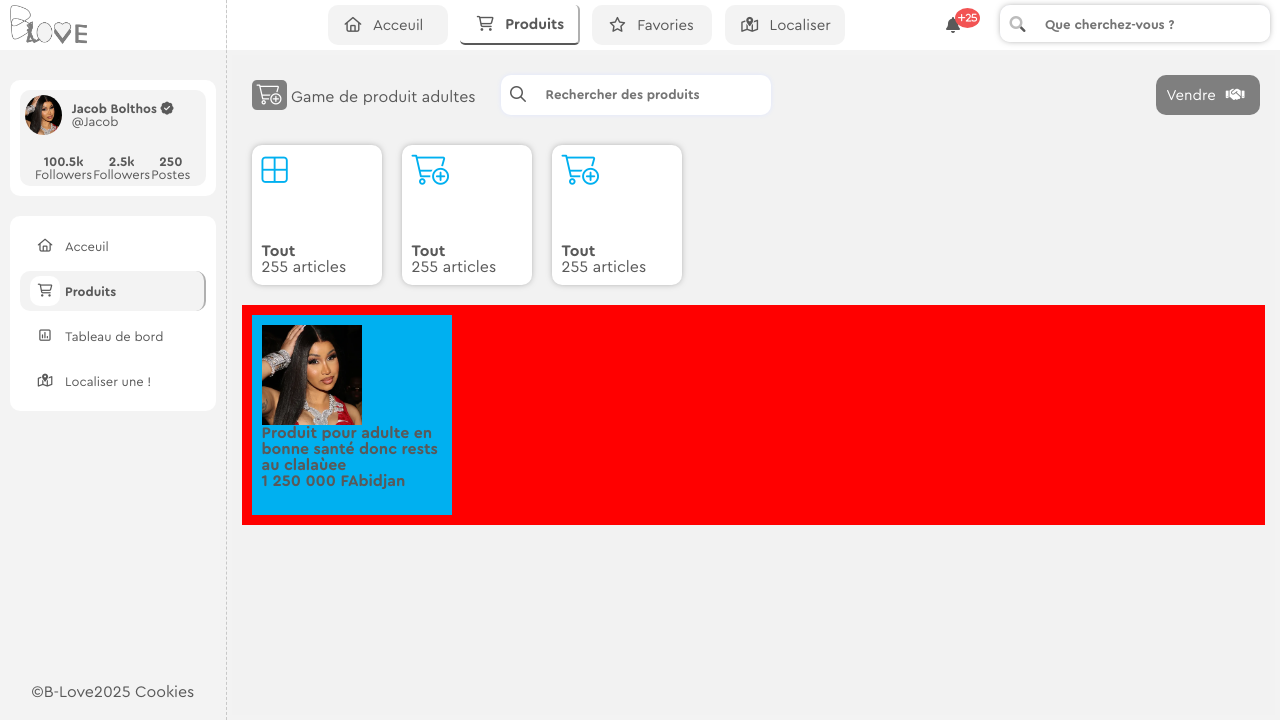
Repository: moomoony-log/b-love
Page: /home/product
The author's editor kept a copy of each file at every save. The page is drawn from the files as they stood at one save, then again after the next save.
The browser window is 1280 px wide. The pictures show the whole page.
The project was rebuilt for these pictures with package versions that can differ from the ones it lists, and the page was loaded fresh each time. Also part of the build but not shown: vite.config.ts, src/rules/legacy.tsx, src/rules/privacy.tsx, src/view/auth.tsx, src/view/main/acceuil.tsx, src/view/main/dashbord.tsx, src/view/main/info-account.tsx, src/view/main/account.tsx and 1 more.

Above is the page before, as saved 2025-10-02 16:28:36.

### index.html
<!--
        ?????????         ?????????        ???????????????????
        ????? ?????     ????? ?????      ??????????   ??????????
        ?????  ?????   ?????  ?????    ????????         ????????
        ?????   ????? ?????   ?????    ??????            ????????
        ?????    ?????????    ?????    ??????            ????????
        ?????      ?????      ?????    ???????          ????????
        ?????                 ?????     ?????????      ????????
        ?????                 ?????        ???????????????????
        ?????                 ?????         ????????????????

    TRAVAIL JUSQU'A CE QU'ON DISE QUE TU ES FRANC-MAÇON
    TRAVAIL JUSQU'A CE QU'ON DISE QUE TU ES FRANC-MAÇON
    TRAVAIL JUSQU'A CE QU'ON DISE QUE TU ES FRANC-MAÇON
-->
<!doctype html>
<html lang="en">
  <head>
    <meta charset="UTF-8">
    <meta name="viewport" content="width=device-width, initial-scale=1.0">
    <meta http-equiv="X-UA-Compatible" content="IE=edge">
    <!-- Inbuilt -->
    <link rel="shortcut icon" href="./img/logoloveb.png" type="image/x-icon">
    <!-- <link rel="stylesheet" href="./vendor/font-awesome-pro/css/all.css">  -->
    <!-- <link rel="stylesheet" href="./css/app.css">  -->
    <title>B!love</title>
  </head>
  <body id="index">
    <div id="main-container"></div>
    <script type="module" src="/src/main.tsx"></script>
  </body>
</html>

### src/main.tsx
import { StrictMode } from 'react'
import { createRoot } from 'react-dom/client'
import App from './app'

createRoot(document.getElementById('main-container')!).render(
  <StrictMode>
    <App />
  </StrictMode>
)

### src/app.tsx

import { createBrowserRouter, RouterProvider } from "react-router-dom";
import Legacy from "./rules/legacy";
import Privacy from "./rules/privacy";
import Main from "./view/main/main";
import Auth from "./view/auth";
import Acceuil from "./view/main/acceuil";
import Dashbord from "./view/main/dashbord";
import "../public/css/app.css"
import "../public/vendor/font-awesome-pro/css/all.css"
import InfoAccount from "./view/main/info-account";
import Account from "./view/main/account";
import BecomeToMember from "./view/main/becomeToMember";
import Product from "./view/main/product";

// import Auth from "./view/auth";

const router =  createBrowserRouter([
	{
		path:'/',
		element:<Auth/>
	},
	{
		path:'/legacy',
		element:<Legacy/>
	},
	{
		path:'/privacy',
		element:<Privacy/>
	},
	{
		path:'/home',
		element:<Main/>,
		children:[
			{
				path:'acceuil',
				element: <Acceuil/>
			},
			{
				path:'dashbord',
				element: <Dashbord/>,
			},
			{
				path: 'product',
				element: <Product/>
			},
			{
				path:'check',
				element: <div>Localisation</div>
			},
			{
				path:'client',
				element: <InfoAccount/>,
				children: [
					{
						path:'compte',
						element: <Account/>
					},
					{
						path:'devenir_membre',
						element: <BecomeToMember/>
					},

				]
			}

		]
	}
])

// --> POINT D'ENTREE DANS L'APP(INDEX --> AUTH)
function App() {
	return <RouterProvider router={router}/>
}

export default App

### src/view/main/product.tsx
import { useEffect, useRef } from "react"
import Input from "../../components/basic/input"
import Button from "../../components/basic/button"

const Product = () => {
    const productRef = useRef<HTMLDivElement>(null)

        useEffect(()=> {
            const parent = productRef.current?.parentElement
            if(parent) parent.setAttribute('data-name', 'product')
            return () => parent?.removeAttribute('data-name')
        }, [])

    return (
        <>
        <div className="products-head" ref={productRef}>
           <div>
                <span><i className="fa-light fa-cart-circle-plus"></i> Game de produit adultes</span>
                <Input icon="fa-regular fa-magnifying-glass" type="text" placeholder="Rechercher des produits" />
           </div>
           <Button children={false} to={false} type="button" name="Vendre" icon="fa-solid fa-handshake" border color="gray" />
        </div>
        <div className="product-category">
            <div className="category-item">
                <i className="fa-light fa-border-all"></i>
                <div>
                    <span>Tout</span>
                    <span>255 articles</span>
                </div>
            </div>
            <div className="category-item">
                <i className="fa-light fa-cart-circle-plus"></i>
                <div>
                    <span>Tout</span>
                    <span>255 articles</span>
                </div>
            </div>
            <div className="category-item">
                <i className="fa-light fa-cart-circle-plus"></i>
                <div>
                    <span>Tout</span>
                    <span>255 articles</span>
                </div>
            </div>
        </div>
        <div className="products-container">

            <div className="product-item">
                <div className="cont-account-img" data-name="product"><img src="../img/cardi_b.webp" alt="account-image"/></div>
                <span className="descrip">Produit pour adulte en bonne santé donc rests au clalaùee</span>
                <div className="detail">
                    <span>1 250 000 F</span>
                    <span>Abidjan</span>
                </div>
            </div>

        </div>

        </>
    )
}

export default Product

### src/components/basic/button.tsx
// --> BUTTON COMPONENTS

import { forwardRef } from "react"
import { NavLink, useLocation } from "react-router-dom";

interface buttonProps {
    type: 'submit' | 'button',
    name?: string,
    icon?:string,
    color?: string,
    outline?: string,
    small?: 'small' | 'small-1' | 'small-2' | 'small-3',
    navigate?: string,
    children: boolean,
    border?: boolean,
    to: string | false,
    inner?:string,
    disable?:boolean,
    onclick?: () => unknown
}

const Button = forwardRef<HTMLButtonElement, buttonProps>(
  ({ name, icon, color, outline, small, navigate, inner, disable, children,border, to, onclick }, ref) => {
    const location = useLocation()
    return (
      <button
        ref={ref}
        type="button"
        className="ui-btn"
        name={name}
        color={color}
        {...(outline ? { "data-outline": "" } : {})}
        {...(disable ? { disabled: true } : {})}
        {...(navigate ? { "data-navigate": "" } : {})}
        {...(inner ? { "data-inner": "" } : {})}
        {...(small ? { "data-size" : small} : {})}
        {...(border ? { "data-border": "" } : {})}
        {...(to && location.pathname === to ? { "data-active": "" } : {})}
        onClick={onclick}
      >
        { (!children && !to ) && name } { icon && (!children && !to ) && <i className={icon}></i> }

        { (children && to) && <NavLink to={to}>  <i className={icon}></i>  {name} </NavLink> }

      </button>
    );
  }
);

export default Button

### public/css/config/config.css
/* Style global de configuration */

/* Police d'ecriture */
/* Cera */
@font-face{
    font-family: 'Cera';
    src: url('../../font/cera-round-pro/CeraRoundPro-Bold.otf');
    font-weight: bold;
}
@font-face {
    font-family: 'Cera';
    src: url('../../font/cera-round-pro/CeraRoundPro-Regular.otf');
    font-weight: normal;
}

/* body{
    display: flex !important;
    padding: 5px;
    height: 100%;
    width: 100%;
    position: absolute;
    top: 0;
    left: 0;
    overflow: hidden;
} */
body *{
    box-sizing: border-box;
    font-family: 'Cera', sans-serif;
    font-weight: bold;
}

button:focus, input:focus, textarea:focus, select:focus {
    outline: none;
}

button {
    cursor: pointer;
    border: none;
}

h1, h2, h3, h4, h5, p {
    color: inherit;
    margin: 0;
    padding: 0;
    text-decoration: inherit;
}

img{
    height: inherit;
    max-width: 100%;
}

### public/css/component/components.css
 /* Imporation des dependances */
 @import url('input.css');
 @import url('button.css');
 @import url('img.css');
 @import url('notification.css');
 @import url('loader.css');
 @import url('table.css');
 @import url('./modals/modal.css');

 @keyframes text{
    0%{
        transform: translateX(100%);
    }
    100%{
        transform: translateX(-100%);
    }
 }

### public/css/views.css
/* --> Css relative à toutes les vues communes  */
@import url('views/auth.css');
@import url('views/legacy.css');
@import url('views/privacy.css');

### public/css/animation.css
@keyframes reotateInner {
    from {
       transform: rotate(0);
    }
    to{
       transform: rotate(180deg);
    }
 }
 @keyframes Online {
    0%, 100% {
       transform: scale(1.5);
       opacity: 1;

    }
    50% {
       transform: scale(0.5);
       /* opacity: 0.5; */
    }
 }
  @keyframes Online2 {
    0%, 100% {
       opacity: 1;

    }
    50% {
       opacity: 0.5;
    }
 }
 @keyframes spin {
   0%{
      transform: rotate(0deg);
   }
   100%{
      transform: rotate(360deg);
   }

 }
  @keyframes opa {
   0%{
      opacity: .4;
   }
   100%{
      opacity: 1;
   }

 }

### public/css/utils/utils.css
@import url('variable.css');
@import url('helper.css');

### public/css/utils/variable.css
/* Variables */
:root{
    --color-white: #ffffff;
    --color-gray-soft: #F6F8FA;
    --color-gray-medium: #b0b0b0;
    --color-gray-hard: #595959;
    --color-gray-hard-1: #7f7f7f;
    /* --color-gray-hard-3: #d4d2d246; */
    --color-gray-hard-3: #f2f2f2e7;
    --color-gray-hard-5: #f2f2f2;
    --color-gray-hard-4: #5959592f;
    --color-blue-lite: #dbf5ff;
    --color-blue-soft: #00B0F0;
    --color-blue-soft-2: #9ab9dc;
    --color-blue-hard: #2A6EBB;
    --color-green-lite: #aefecf;
    --color-green-lite-2: #80d6a4;
    --color-green-hard: #41cf7c;
    --color-red-lite: #ffcdcd;
    --color-red-soft: #f58e8e;
    --color-red-hard: #f25353;
    --shadow-one: 0 0 5px #eee;
    --shadow-two: 0 0 5px #84b1c3;
    --shadow-3: 0 0 4px #bababa;
    --bezier-1: cubic-bezier(0.68, -0.55, 0.27, 1.55);
}

### public/css/utils/helper.css
/* cool-scroll-bar */
.cool-scroll-bar::-webkit-scrollbar{
    width: 3px;
    height: 3px;
    border-radius: 50px !important;
    background-color: var(--color-gray-soft);
    box-shadow: 0 0 5px var(--color-gray-soft);
}
.cool-scroll-bar::-webkit-scrollbar-thumb{
    background-color: var(--color-gray-medium);
    border-radius: 50px !important;
}

### public/css/views/legacy.css
.legacy {
    z-index: 10;
    height: 100%;
    padding: 20px;
    overflow: auto;
}
.legacy p{
    font-size: 40px;
}

### public/css/component/img.css
/* ---> CSS DES COMPOSANTS IMAGES */
.cont-account-img{
    overflow: hidden;
    position: relative;
    cursor: pointer;
}
.cont-account-img[data-name="account"]{
    height: 40px;
    width: 50px;
    border-radius: 50%;

}
.cont-account-img[data-name="pub"]{
    height: 40px;
    width: 50px;
    border-radius: 50%;

}
/* image compte publication */
.cont-account-img[data-name="my-post"]{
    width: 65px;
    height: 65px;
    border-radius: 5px;
}

/* image compte publication */
.cont-account-img[data-name="pub-2"]{
    min-width: 35px;
    max-width: 35px;
    height: 35px;
    border-radius: 50%;
}
.cont-account-img[data-name="like"]{
    width: 20px;
    height: 20px;
    border-radius: 50%;
}
.cont-account-img[data-name="product"]{
    width: 100px;
    height: 100px;
    border-radius: 10;
}
.cont-account-img[data-name="info-account"]{
    height: 130px;
    width: 130px;
    border-radius: 50%;
}
.cont-account-img img{
    height: 100%;
    width: 100%;
    object-fit: cover;
    position: absolute;
    display: block;
}

/* Image du logo */
.logo-content img{
    height: 40px;
}
.marketing-img{
    width: 50%;
    height: 100%;
}
#app-content-right .head .logo-content img{
    height: 35px;
}
.container-my-pub .item-pub img{
    width: 100%;
    height: 100%;
    object-fit: cover;
    border-radius: 5px;
    cursor: pointer;
}
/* Image de publié */
/* Grille d'images style Facebook */

.pub-content .medias-body .cont-account-img{
    border-radius: 0px;
    width: 100%;
    height: 100%;
    justify-content: center;
    align-items: center;
    overflow: hidden;
}
.pub-content .medias-body .cont-account-img[data-img]::before{
    content: attr(data-img);
    font-size: 14px;
    background-color: white;
    font-weight: lighter;
    position: absolute;
    color: var(--color-gray-hard-1);
    height: 25px;
    width: 100px;
    border-radius: 10px;
    text-align: center;
    line-height: 25px;
    right: 5px;
    top: 5px;
    z-index: 40;
}
.pub-content .medias-body .cont-account-img img{
    max-width: 100%;
    max-height: 100%;
    object-fit: contain; /* conserve le ratio */
}
 .pub-content .medias-body .cont-account-img  iframe {
    position: absolute;
    top: 0;
    left: 0;
    width: 100%;
    height: 100%;
  }
  .container-my-pub .item-pub video{
    width: 100%;
    height: 100%;
    cursor: pointer;
    border-radius: 5px;
    background-color: black;
}
/*
.pub-content {
    width: 100%;
} */

/* .pub-content .cont-account-img:hover img {
    transform: scale(1.03);
}  */

### public/css/views/privacy.css
.privacy {
    z-index: 10;
    height: 100%;
    padding: 20px;
    overflow: auto;
}
.privacy p{
    font-size: 40px;
}

### public/css/component/notification.css
/* CSS DES GRILLES DE NOTIFICATIONS */
#notification{
    position: absolute;
    right: 0;
    z-index: 900;
    width: 350px;
    bottom: 0;
    padding: 5px;
    display: flex;
    justify-content: flex-end;
    align-items: center;
    flex-direction: column;
    gap: 10px;
}
#notification .notif-item{
    width: 320px;
    max-height: 60px;
    box-sizing: border-box;
    background-color: var(--color-white);
    display: flex;
    align-items: center;
    overflow: hidden;
    gap: 5px;
    padding: 10px;
    border-radius: 10px;
    opacity: 0;
    transform: scale(0);
    box-shadow: 0 0 7px -2px var(--color-gray-hard-1);
    transition: transform .3s cubic-bezier(0.68, -0.55, 0.27, 1.55), opacity .2s ease-in-out, max-height .3s ease-in-out;
}

#notification .notif-item[show]{
    opacity: 1;
    transform: scale(1);
}

#notification .notif-item .icon{
    height: 35px;
    width: 35px;
    line-height: 35px;
    text-align: center;
    font-size: 15px;
    border-radius: 50%;
    position: relative;
    z-index: 2;
    color: var(--color-white);
}

#notification .notif-item .icon::before{
    position: absolute;
    text-align: center;
    left: 0;
    font-size: 35px;
    content: '\f335';
    font-family: 'Font Awesome 6 Pro';
    z-index: -1;
}

#notification .notif-item .exit{
    text-align: center;
    margin-left: 5px;
    border-radius: 50%;
    cursor: pointer;
    color: #cccccc;
}

#notification .notif-item[data-name="exit"] {
    border-left: 5px solid var(--color-red-soft);
}
#notification .notif-item[data-name="exit"] .exit{
    color: var(--color-red-soft);
}
#notification .notif-item[data-name="good"] .exit{
    color: var(--color-green-lite-2);
}
#notification .notif-item[data-name="exit"]:hover{
    box-shadow: 0 0 7px -2px var(--color-red-hard);
}
#notification .notif-item[data-name="good"]:hover{
    box-shadow: 0 0 7px -2px var(--color-green-hard);
}
#notification .notif-item[data-name="await"]:hover{
    box-shadow: 0 0 7px -2px var(--color-gray-hard);
}
.notif-item[data-name="exit"] .icon::before{
    color: var(--color-red-soft);
}
#notification .notif-item[data-name="await"]{
    border-left: 5px solid #cccccc;
}
.notif-item[data-name="good"] .icon::before{
    color: var(--color-green-lite-2);
}
.notif-item[data-name="await"] .icon::before{
    color: #cccccc;
}
#notification .notif-item[data-name="good"]{
    border-left: 5px solid var(--color-green-lite-2);
}
#notification .notif-item .title{
    text-wrap: nowrap;
    color: var(--color-gray-hard-1);
    font-size: 13px;
}
#notification .notif-item .text{
    font-size: 12px;
    display: flex;
    overflow: hidden;
    max-width: 240px;
    text-overflow: ellipsis;
    font-weight: lighter;
}

/* RESPONSIVE STATE */
@media (max-width: 344px) {
    #notification{
        width: 300px;
    }
    #notification .notif-item{
        width: 290px;
        max-height: 80px;
    }
    #notification .notif-item .icon::before{
        left: -2px;
    }
}

### public/css/component/loader.css

/* CSS DU COMPOSANT DE CHRAGEMENT */
#loader{
    position: absolute;
    display: flex;
    flex-direction: column;
    width: 100%;
    gap: 10px;
    height: 100%;background-color: rgba(255, 255, 255, 0.744);
    justify-content: center;
    align-items: center;
    z-index: 1000;
}

#loader .spinner{
    height: 60px;
    width: 60px;
    display: flex;
    justify-content: center;
    align-items: center;
    position: relative;
    animation: spin 2s linear infinite;
}
#loader .spinner::before{
    content: '';
    height: 100%;
    width: 100%;
    position: absolute;
    border-radius: 50%;
    border: solid 4px var(--color-gray-hard-3);
}
#loader .spinner::after{
    content: '';
    height: 100%;
    width: 100%;
    position: absolute;
    border-radius: 50%;
    border: solid 4px transparent;
    border-left-color:var(--color-gray-hard-1);
    animation: spin 0.8s linear infinite, opa 0.8s ease-in-out infinite alternate-reverse;
}
#loader img{
    width: 95px;
    height: 50px;
}
#loader i{
    font-size: 20px;
}
#loader .i{
   background-color: var(--color-gray-hard-);
   padding: 7px;
   display: flex;
   align-items: center;
   justify-content: center;
   border-radius: 5px;
}

### public/css/component/table.css
.infos-personnels[data-name="statut"] .availability table{
    border-collapse: collapse;
    width: 100%;
    background-color: var(--color-white);
    text-align: center;
    font-size: 13px;
}
.availability table th,
.availability table td{
    height: 40px;
    padding: 3px;
}
.availability table td:last-child{
    text-align: right;
}
.availability table tbody tr:hover{
    background-color: var(--color-gray-hard-3);
}

.cont-my-post table{
    width: 100%;
    border-spacing: 0 5px;
    background-color: var(--color-white);
    text-align: center;
    padding: 5px;
    border-radius: 5px;
}
.cont-my-post table tbody td:last-child button{
    background-color: white;
    margin-left: 5px;
}
.cont-my-post table tbody tr:hover td{
    background-color: var(--color-white);
}
.cont-my-post table tbody tr:hover td:last-child button{
    background-color: var(--color-gray-hard-3);
}

.cont-my-post table tbody td{
    padding: 5px;
    background-color: var(--color-gray-hard-3);
    font-weight: lighter;
    margin: 10px;
}
.cont-my-post table tbody td:last-child{
    text-align: right;
}


@media (max-width: 855px) {
    .cont-my-post table{
        font-size: 12px;
    }
    .cont-my-post table tbody td:last-child{
        display: flex;
        flex-direction: column;
        margin: 0;
        gap: 5px;
    }
}

@media (max-width: 355px) {
    .cont-my-post table tbody td:last-child{
        font-size: 11px;
    }
}

### public/css/component/modals/modal.css
/* @import url('./modals/registration.css'); */
@import url('./publication.css');
@import url('./confirm.css');

#modals .modal{
    position: fixed;
    display: none;
    align-items: center;
    left: 0;
    top: 0;
    justify-content: center;
    height: 100%;
    width: 100%;
    background-color: #262f4ae8;
    z-index: 1000;
    transition: opacity .6s ease-in-out;
    animation: show-modal .5s ease-in-out;
 }
 .modal .box{
    background-color:var(--color-gray-soft);
    min-width: 300px;
    max-width: 1300px;
    min-height: 270px;
    box-shadow: 0 0 5px 0px #263b80;
    padding: 10px;
    border-radius: 15px;
    opacity: 1;
    transform: scale(.9);
    flex-direction: column;
    gap: 10px;
    animation: show-box .6s ease-in-out forwards;
 }

 .modal:active .box{
    animation: show-box .6s ease-in-out forwards, show-cont .1s ease-in-out;
 }
 /* Animation > Affichage > Masquage */
  .modal[show]{
    display: flex !important;
 }
 .modal[show] .box{
   display: flex !important;
 }
 .modal[hide]{
    opacity: 0;
 }
 .modal[hide] .box{
    animation: hide-box .5s ease-in-out forwards;
 }
.modal .box .modal-head{
   height: 30px;
   display: flex;
   padding: 0 5px;
   justify-content: space-between;
   align-items: center;
 }
.box .modal-head .title i{
   height: 25px;
   width: 25px;
   line-height: 25px;
   text-align: center;
   border-radius: 5px;
   color: var(--color-white);
   background-color: var(--color-gray-hard-1);
 }
.box .modal-head .exit i{
   color: var(--color-red-hard);
   cursor: pointer;
}
.modal .box .body{
   min-height: 200px;
   border-radius: 10px;
   padding: 5px;
}
.modal .box .controler{
   width: 100%;
   display: flex;
   justify-content: space-between;
 }

### public/css/component/modals/publication.css
.modal[name="publication"] .box .body{
   display: flex;
   background-color: var(--color-white);
}

### public/css/component/modals/confirm.css
.modal[name="confirm"] .box .body{
   display: flex;
   background-color: var(--color-white);
   display: flex;
   flex-direction: column;
   justify-content: center;
   align-items: center;
   position: relative;
}
.modal[name="confirm"] .box .body::after{
    content: '';
    height: 100%;
    width: 100%;
    border-radius: 10px;
    position: absolute;
    animation: Online2 1s ease-in-out infinite;
}
.modal[name="confirm"] .box .body .icon{
    height: 75px;
    width: 75px;
    font-size: 50px;
    line-height: 75px;
    text-align: center;
    border-radius: 10px;
    margin-bottom: 5px;
}
.modal[name="confirm"] .box .body .title{
    font-size: 20px;
    margin-bottom: 20px;
}
.modal[name="confirm"] .box .body .confirm-text{
    font-weight: lighter;
}

.modal[name="confirm"] .box .body[type="exit"]::after{
    background-color: rgba(255, 17, 17, 0.066);
}
.modal[name="confirm"] .box .body[type="exit"] .icon{
    box-shadow: 0 0 7px -4px var(--color-red-hard);
    background-color: var(--color-red-lite);
    color: var(--color-red-soft);
}
.modal[name="confirm"] .box .body[type="exit"] .title{
    color: var(--color-red-soft);
}

.modal[name="confirm"] .box .body[type="good"]::after{
    background-color: rgba(17, 184, 255, 0.077);
}
.modal[name="confirm"] .box .body[type="good"] .icon{
    box-shadow: 0 0 7px -4px var(--color-blue-hard);
    background-color: var(--color-blue-lite);
    color: var(--color-blue-soft);
}
.modal[name="confirm"] .box .body[type="good"] .title{
    color: var(--color-blue-soft);
}

### src/utils/utils.ts
class Utils {

    static emailValidation(email: string) : boolean {
        const emailRegex :RegExp = /^[^\s@]+@[^\s@]+\.[^\s@]+$/
        return emailRegex.test(email)
    }

    static inputValue(value: string, minLenght: number) : boolean {
        const inputRegex :RegExp = /^[A-Za-zÀ-ÖØ-öø-ÿ\s]+$/

        if (value.length > minLenght && inputRegex.test(value)) return inputRegex.test(value)
        else return false
    }

    static passwordValidation = (value: string):boolean => {
        const passwordRegex: RegExp = /^(?=.*?[A-Z])(?=.*?[a-z])(?=.*?[0-9])(?=.*?[#?!@$%^&*-]).{8,}$/g
        if (passwordRegex.test(value)) return true
        else return false
    }

    static otpValidation = (value: string):boolean => {
        const otpRegex : RegExp = /^[0-9]+$/gm
        if(otpRegex.test(value) && value.length === 1) return true
        else return false
    }

}

export default Utils

Loaded but not shown: public/vendor/font-awesome-pro/css/all.css (library); public/css/app.css (2246 lines, source omitted); src/view/main/main.tsx (179 lines, source omitted); src/components/basic/input.tsx (178 lines, source omitted); public/css/views/auth.css (265 lines, source omitted); public/css/component/input.css (225 lines, source omitted); public/css/component/button.css (210 lines, source omitted)

After the next save:
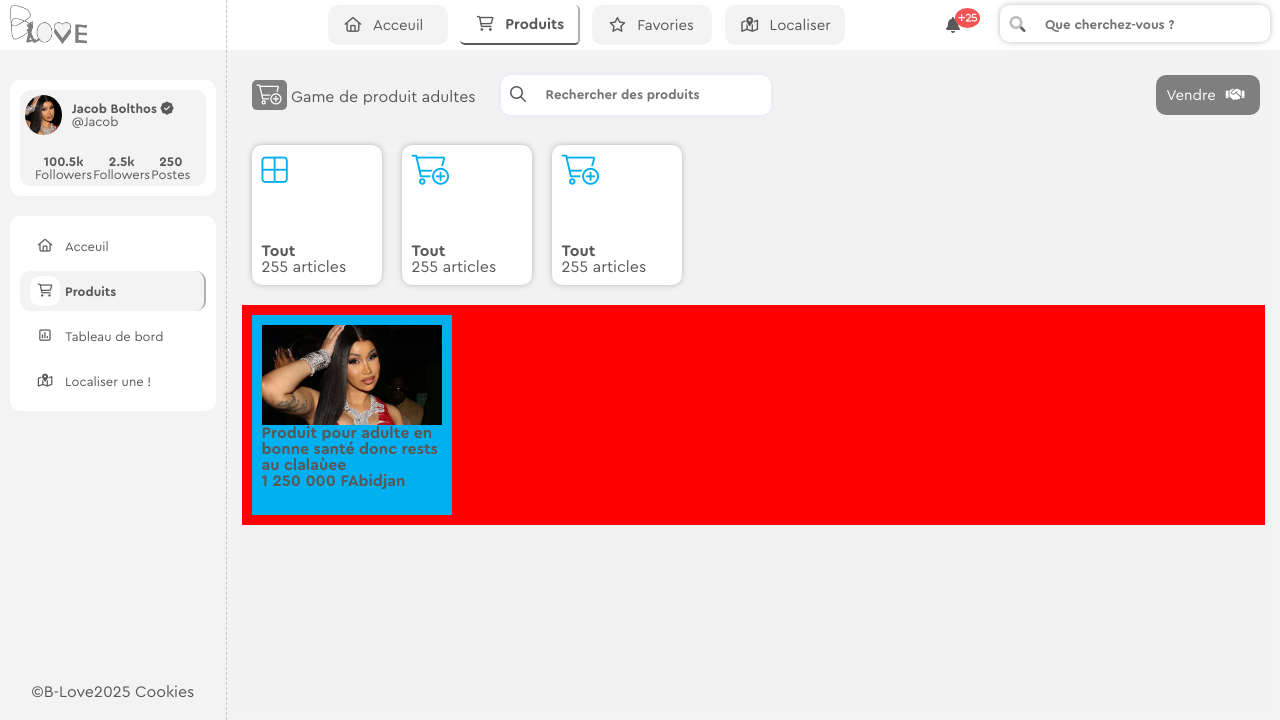
Saved 30 s later.
--- a/public/css/component/img.css
+++ b/public/css/component/img.css
@@ -36,7 +36,7 @@
     border-radius: 50%;
 }
 .cont-account-img[data-name="product"]{
-    width: 100px;
+    /* width: 100px; */
     height: 100px;
     border-radius: 10;
 }
